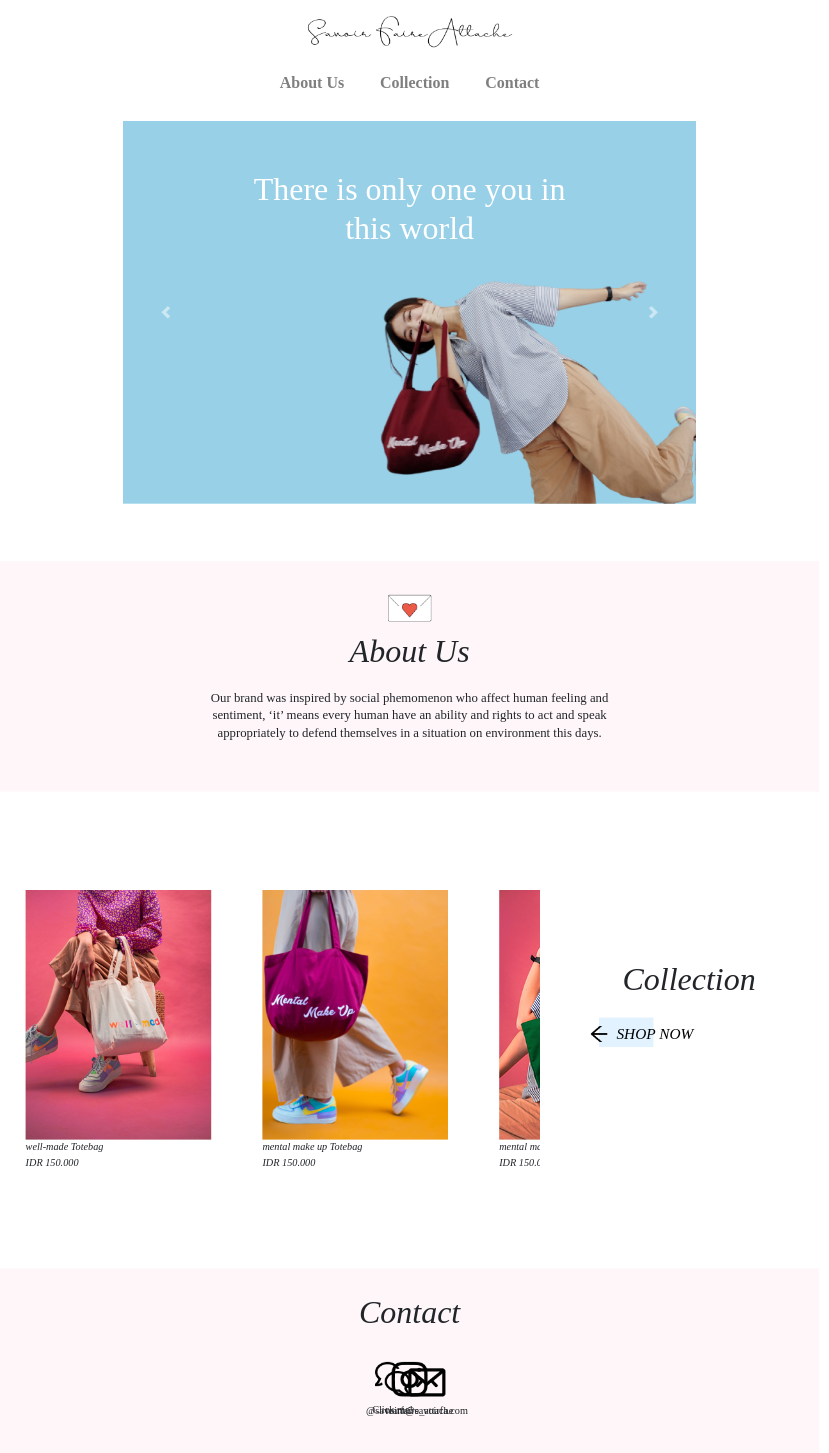
Repository: bismowibi/savoir
Page: index.html
The author's editor kept a copy of each file at every save. The page is drawn from the files as they stood at one save, then again after a run of saves.
The browser window is 1280 px wide. The page is 1295 px wide, so the pictures cover 1295 px, including what lies to the right of the window. The pictures show the whole page, at 64% of full size.
Some web fonts or font styles are not loaded; a fallback is used. Some web libraries are served in a nearby version.

Above is the page before, as saved 2020-04-05 01:58:33.

After the next 2 saves:
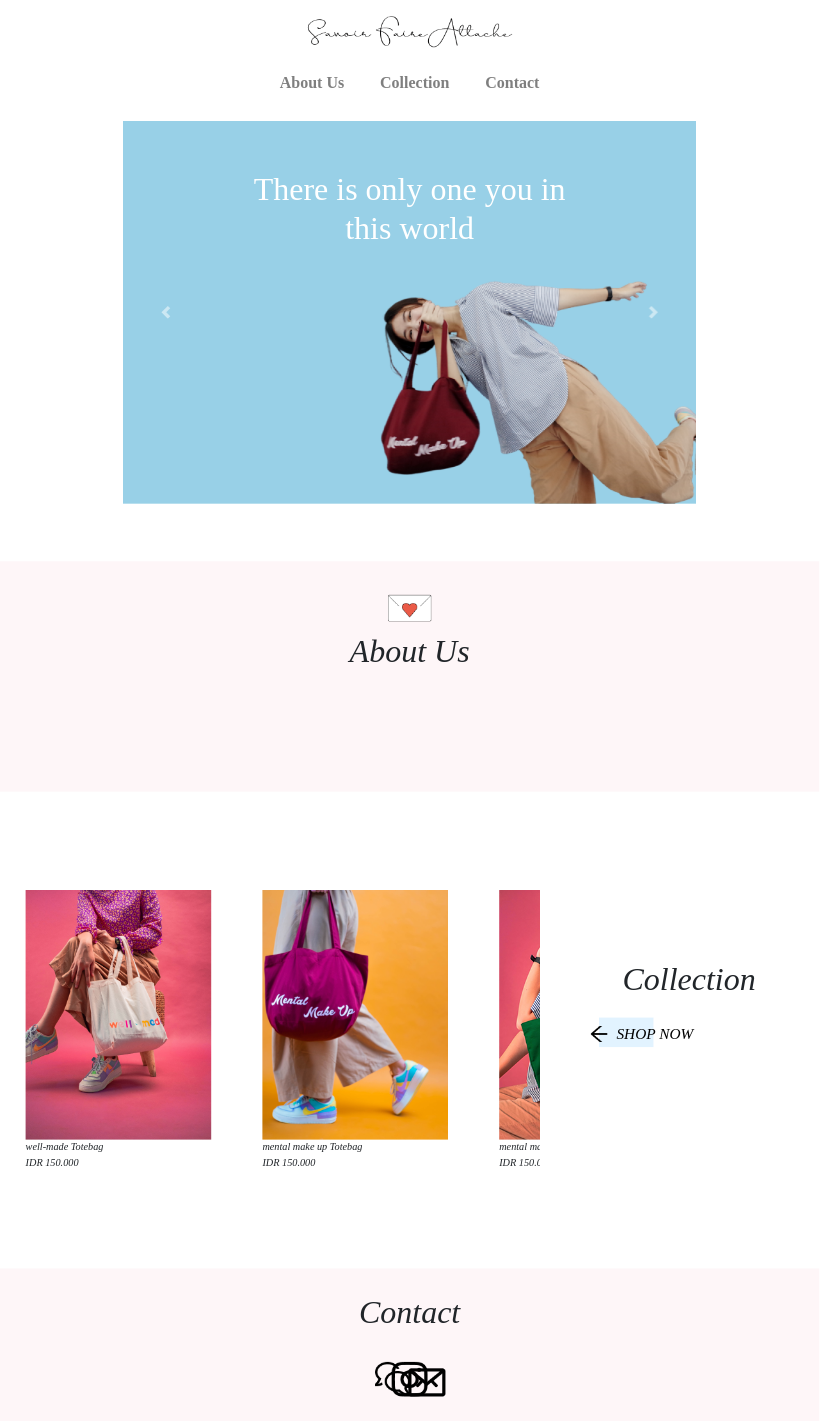
The 2 saves are shown as one change because they came seconds apart.
The last was saved 11 s later.
--- a/style.css
+++ b/style.css
@@ -197,7 +197,7 @@
     margin-top: 10px;
 }
 
-.icon-text p {
+ p {
     display: none;
 }
 

After the 4 saves that followed:
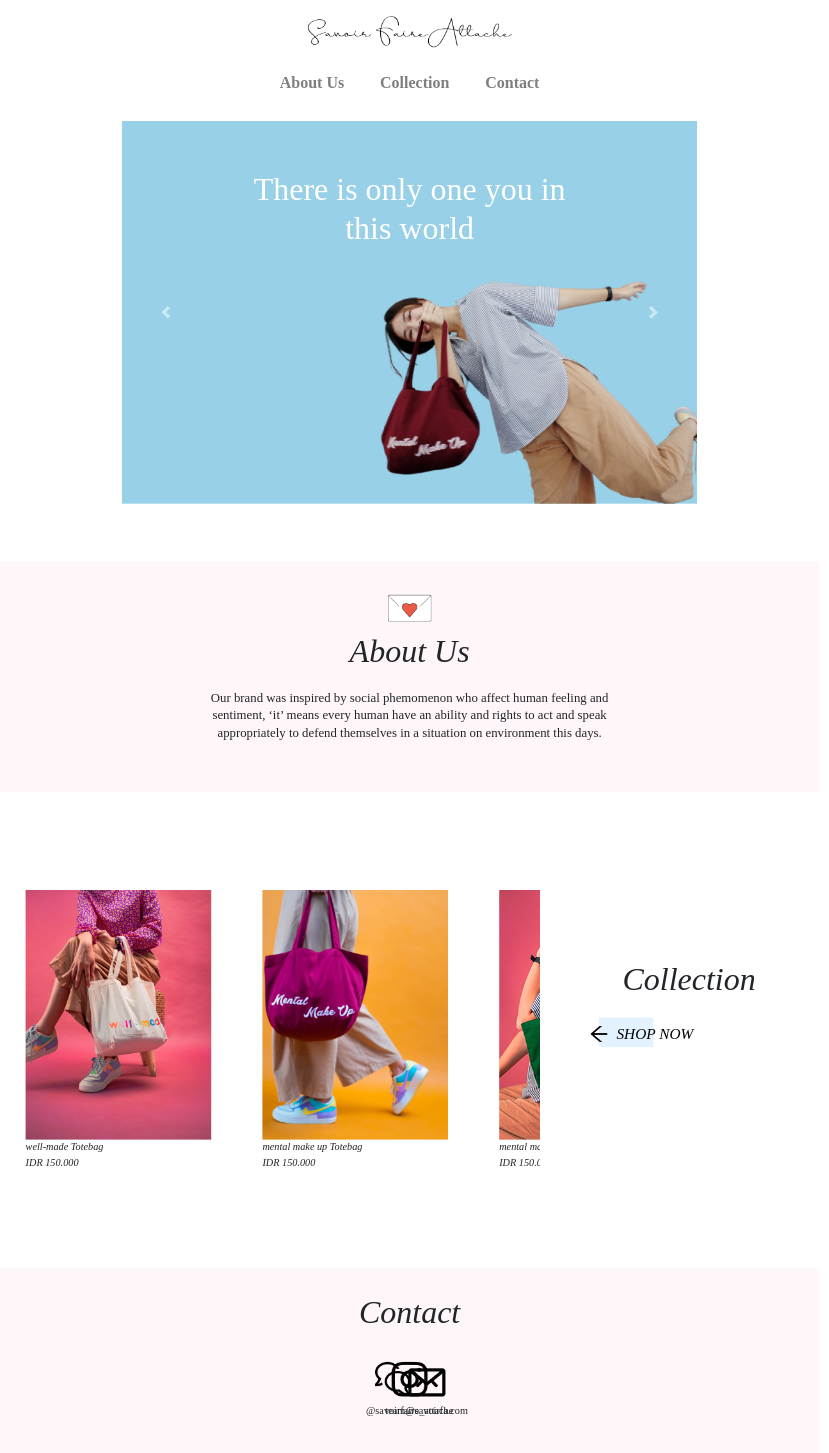
The 4 saves are shown as one change because they came seconds apart.
The last was saved 11 s later.
--- a/style.css
+++ b/style.css
@@ -197,7 +197,7 @@
     margin-top: 10px;
 }
 
- p {
+ .icon-text {
     display: none;
 }
 
